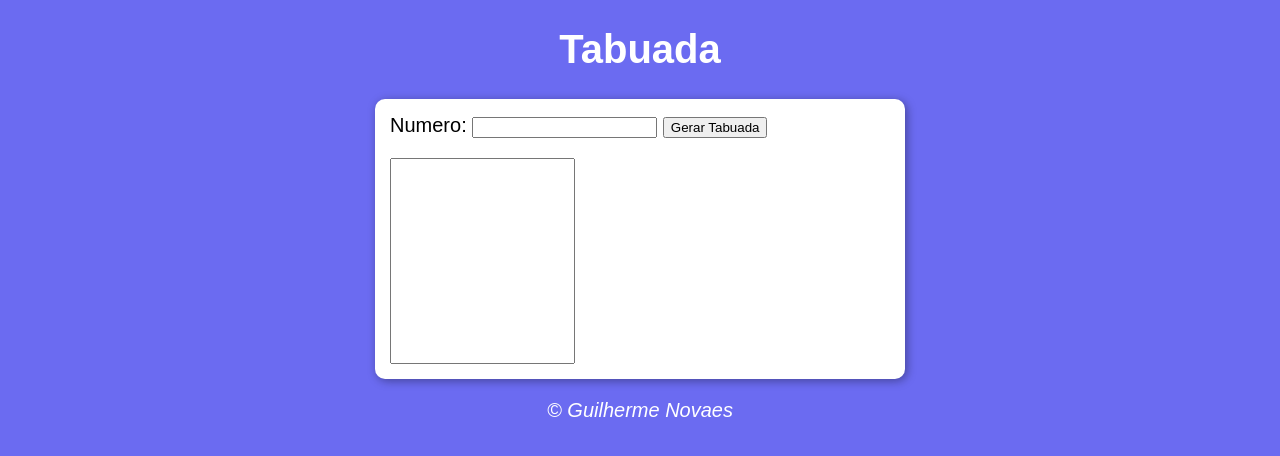
Repository: Guilherme-RNovaes/JavaScript-Curso
Page: Aula 14ex/ex017/index.html
An editor plug-in stored every save of this project. The page is shown before and after the next save, followed by the edit.
The browser window is 1280 px wide. The pictures show the whole page.

Above is the page before, as saved 2022-09-10 09:11:23.

### Aula 14ex/ex017/index.html
<!DOCTYPE html>
<html lang="pt-br">
<head>
    <meta charset="UTF-8">
    <meta http-equiv="X-UA-Compatible" content="IE=edge">
    <meta name="viewport" content="width=device-width, initial-scale=1.0">
    <title>Modelo de Exercício</title>
    <link rel="stylesheet" href="src/Style/style.css">
</head>
<body>
    <header>
        <h1>Tabuada</h1>
    </header>
    <section>
        <div>
            Numero: <input type="number" name="tabuada" id="tabuada">
            <button>Gerar Tabuada</button>
        </div>
        <div>
            <input type="text" name="tabres" id="tabres">
        </div>
    </section>
    <footer>
        <p>&copy; Guilherme Novaes</p>
    </footer>
    <script src="script.js"></script>
</body>
</html>

### Aula 14ex/ex017/src/Style/style.css
body{
    background-color: rgb(107, 107, 241);
    font: normal 15pt Arial;
}
header {
    color: white;
    text-align: center;
}

section{
    background-color: white;
    border-radius: 10px;
    padding: 15px;
    width: 500px;
    margin: auto;
    box-shadow: 2px 2px 10px rgba(0, 0, 0, 0.36);
}

footer{
    color: white;
    text-align: center;
    font-style: italic;
}

div img{
    width: 250px;
    height: 250px;
    border-radius: 100%;
}

#tabres{
    margin-top: 20px;
    height: 200px;
}

Loaded but not shown: Aula 14ex/ex017/script.js (no stored copy; drawn as an empty file)

After the next save:
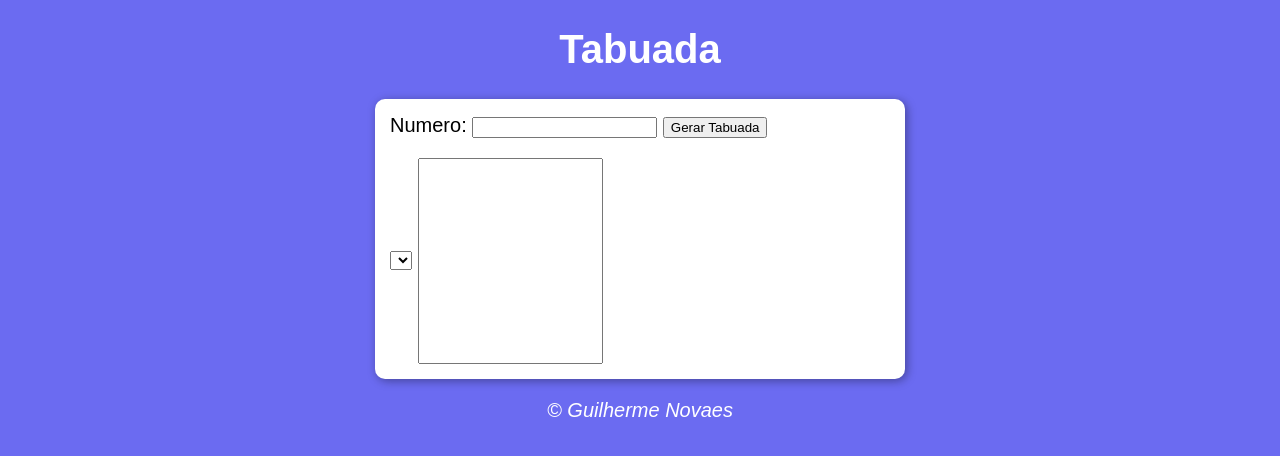
Saved 11 s later.
--- a/Aula 14ex/ex017/index.html
+++ b/Aula 14ex/ex017/index.html
@@ -17,6 +17,7 @@
             <button>Gerar Tabuada</button>
         </div>
         <div>
+            <select name="" id=""></select>
             <input type="text" name="tabres" id="tabres">
         </div>
     </section>
